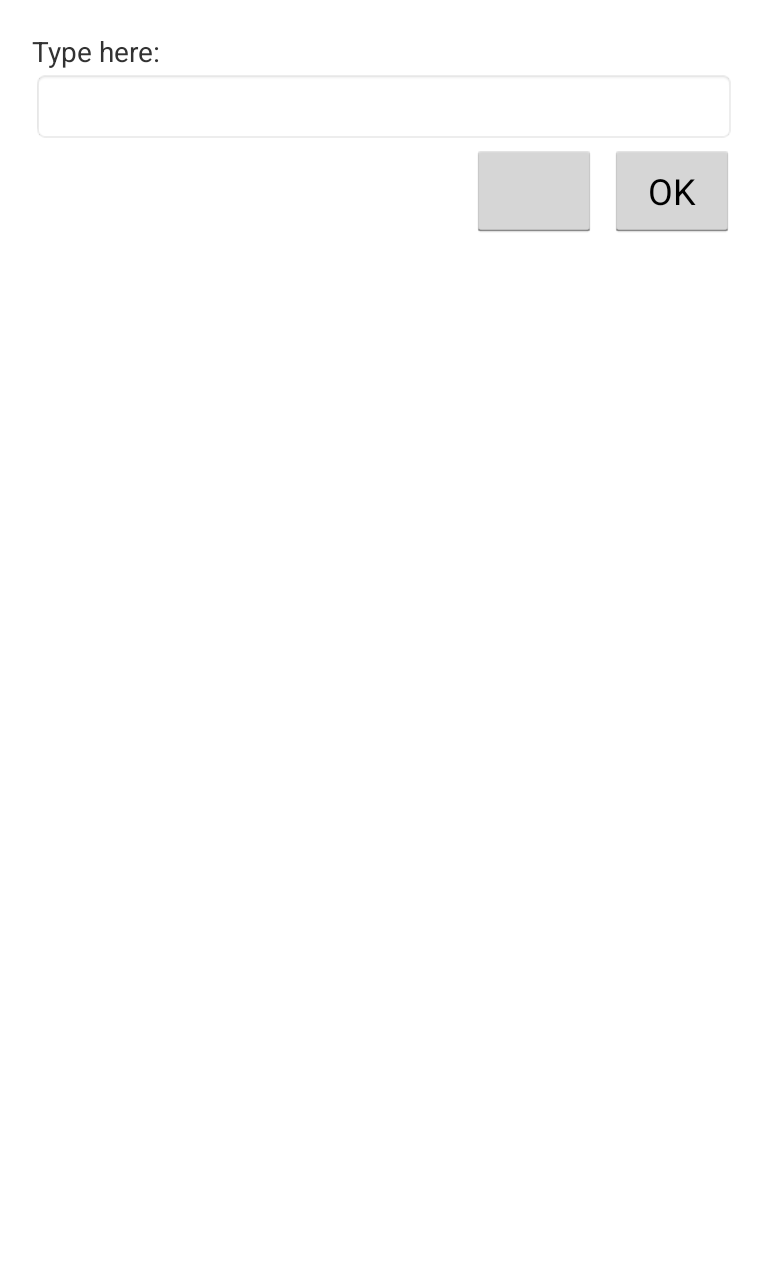
Repository: HouJun11220033/Android
Layout: Layout_03/res/layout/activity_main.xml
These files come from the project's save history. The layout is drawn as it stood at one moment and after the next save; the edit follows.
It is drawn on a 768 x 1280 px phone screen (xhdpi) without system bars, with theme AppTheme; the app's code is not run.

Above is the layout before, as saved 2016-09-15 13:55:30.

### Layout_03/res/layout/activity_main.xml
<RelativeLayout xmlns:android="http://schemas.android.com/apk/res/android"
    xmlns:tools="http://schemas.android.com/tools"
    android:layout_width="match_parent"
    android:layout_height="match_parent"
    android:paddingBottom="@dimen/activity_vertical_margin"
    android:paddingLeft="@dimen/activity_horizontal_margin"
    android:paddingRight="@dimen/activity_horizontal_margin"
    android:paddingTop="@dimen/activity_vertical_margin"
    tools:context="com.example.MainActivity" >

    <!-- <TextView -->
    <!-- android:layout_width="wrap_content" -->
    <!-- android:layout_height="wrap_content" -->
    <!-- android:text="@string/hello_world" /> -->

    <TextView
        android:id="@+id/label"
        android:layout_width="fill_parent"
        android:layout_height="wrap_content"
        android:text="Type here:" />

    <EditText
        android:id="@+id/entry"
        android:layout_width="fill_parent"
        android:layout_height="wrap_content"
        android:layout_below="@id/label"
        android:background="@android:drawable/editbox_background" />

    <Button
        android:id="@+id/ok"
        android:layout_width="wrap_content"
        android:layout_height="wrap_content"
        android:layout_alignParentRight="true"
        android:layout_below="@id/entry"
        android:layout_marginLeft="10px"
        android:text="OK" />

    <Button
        android:layout_width="wrap_content"
        android:layout_height="wrap_content"
        android:layout_alignTop="@id/ok"
        android:layout_toLeftOf="@id/ok" />

</RelativeLayout>

### Layout_03/res/values/strings.xml
<?xml version="1.0" encoding="utf-8"?>
<resources>

    <string name="app_name">Layout_03</string>
    <string name="hello_world">Hello world!</string>
    <string name="action_settings">Settings</string>

</resources>

Loaded but not shown: Layout_03/res/values/styles.xml (common file); Layout_03/res/values-v11/styles.xml (common file); Layout_03/res/values-v14/styles.xml (common file); Layout_03/res/values/dimens.xml (common file); Layout_03/res/values-w820dp/dimens.xml (common file)

After the next save:
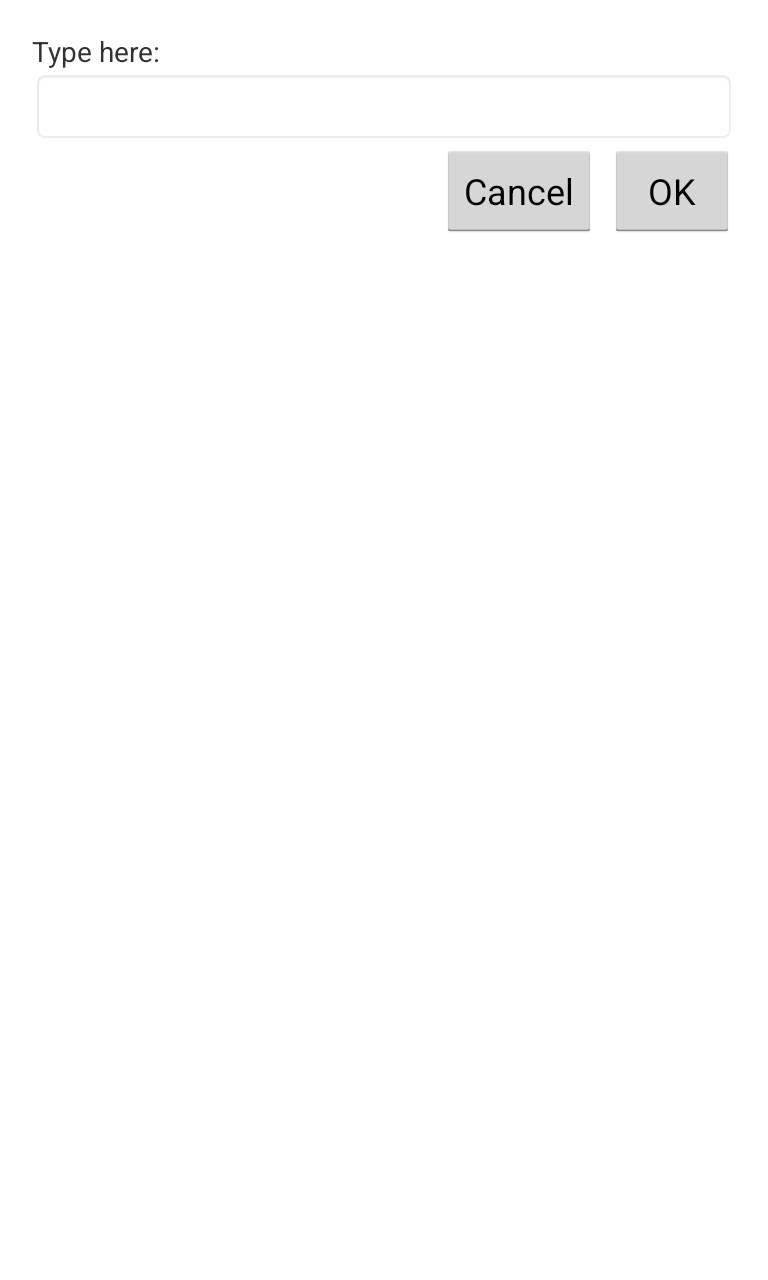
Saved 11 s later.
--- a/Layout_03/res/layout/activity_main.xml
+++ b/Layout_03/res/layout/activity_main.xml
@@ -39,6 +39,7 @@
         android:layout_width="wrap_content"
         android:layout_height="wrap_content"
         android:layout_alignTop="@id/ok"
-        android:layout_toLeftOf="@id/ok" />
+        android:layout_toLeftOf="@id/ok"
+        android:text="Cancel" />
 
 </RelativeLayout>
